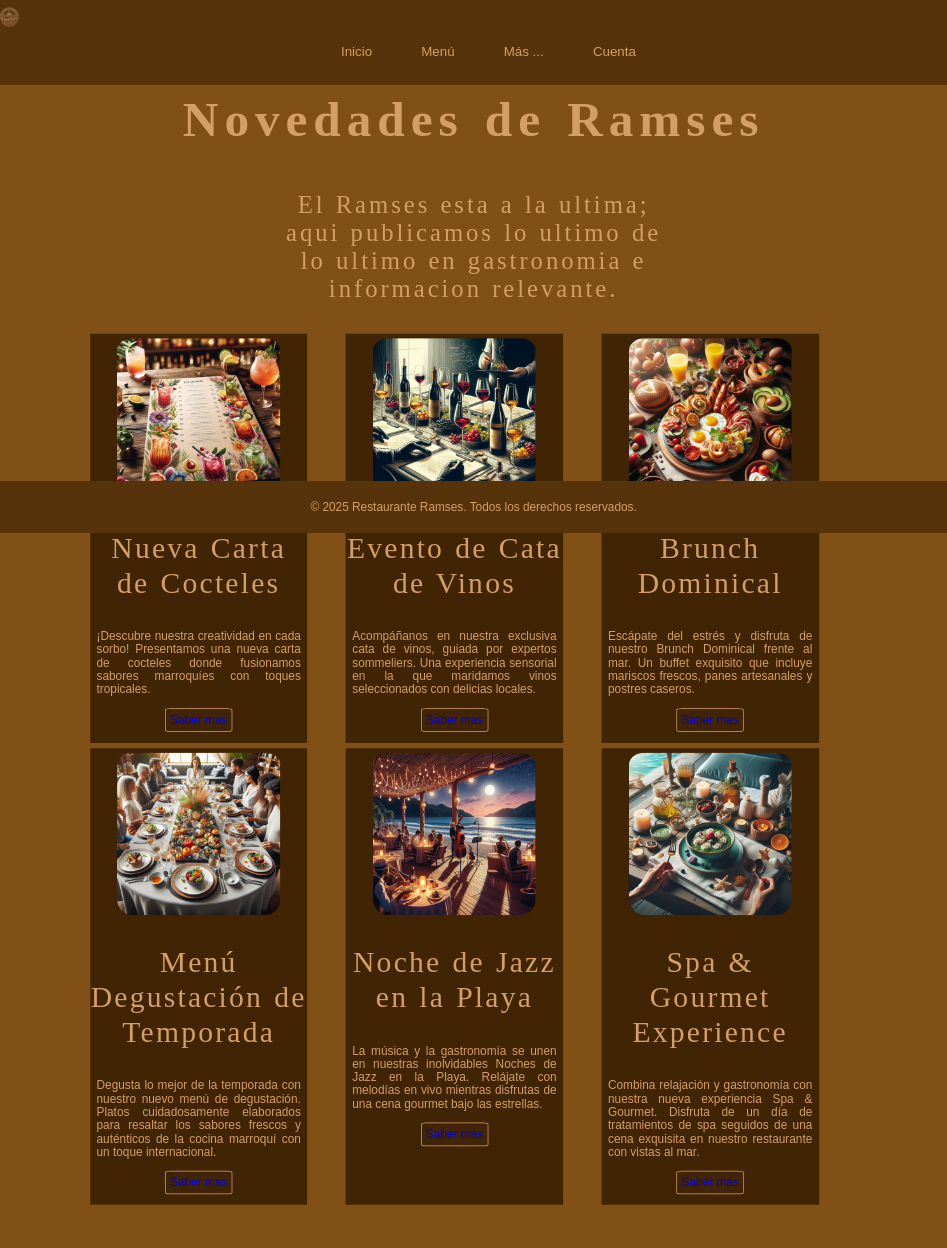
Repository: demoniers/demonIers.github.io
Page: web-lenguajes/src/noticias.html
An editor plug-in stored every save of this project. The page is shown before and after the next save, followed by the edit.
The browser window is 1280 px wide. The pictures show the whole page, at 74% of full size.
Some web fonts or font styles are not loaded; a fallback is used.

Above is the page before, as saved 2025-01-23 10:04:06.

After the next save:
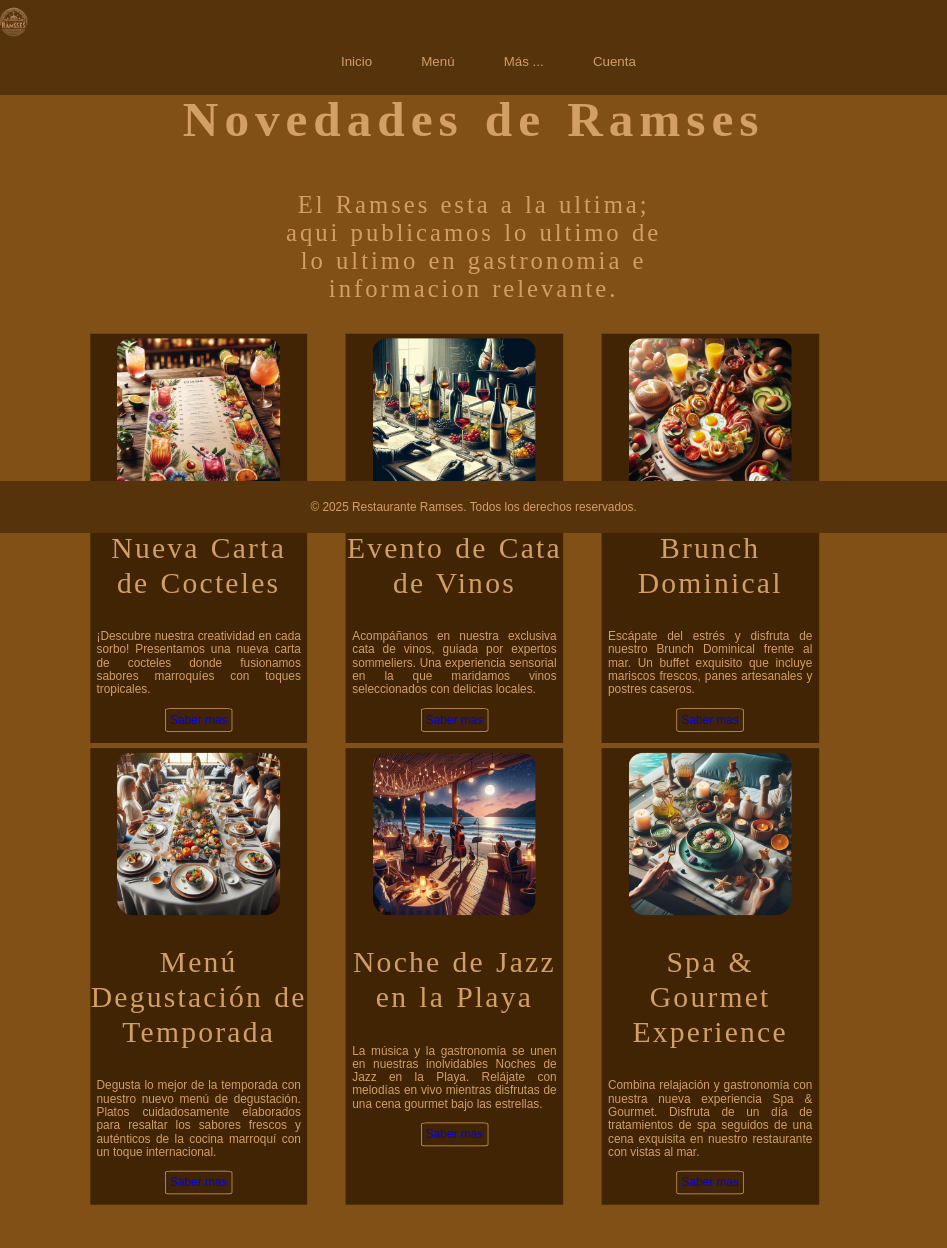
Saved 61 s later.
--- a/web-lenguajes/style/noticias.css
+++ b/web-lenguajes/style/noticias.css
@@ -58,8 +58,7 @@
 .logo-r {
     display: flex;
     justify-self: left;
-    width: 2%;
-    z-index: 1000;
+    width: 3%;
 }
 
 nav ul li a {
